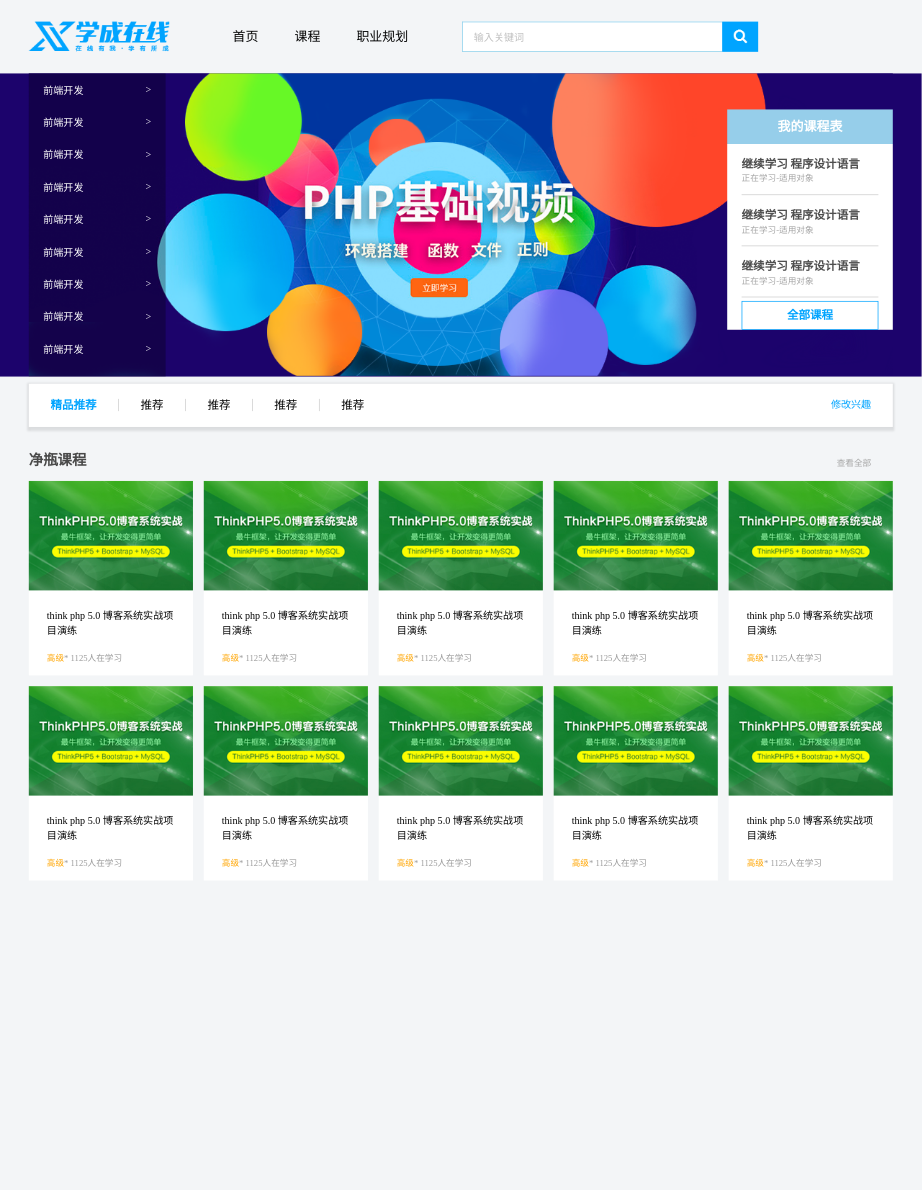
Repository: R1Deemo/Web-Project
Page: index..html
An editor plug-in stored every save of this project. The page is shown before and after the next save, followed by the edit.
The browser window is 1280 px wide. The pictures show the whole page, at 72% of full size.

Above is the page before, as saved 2022-03-09 20:00:54.

After the next save:
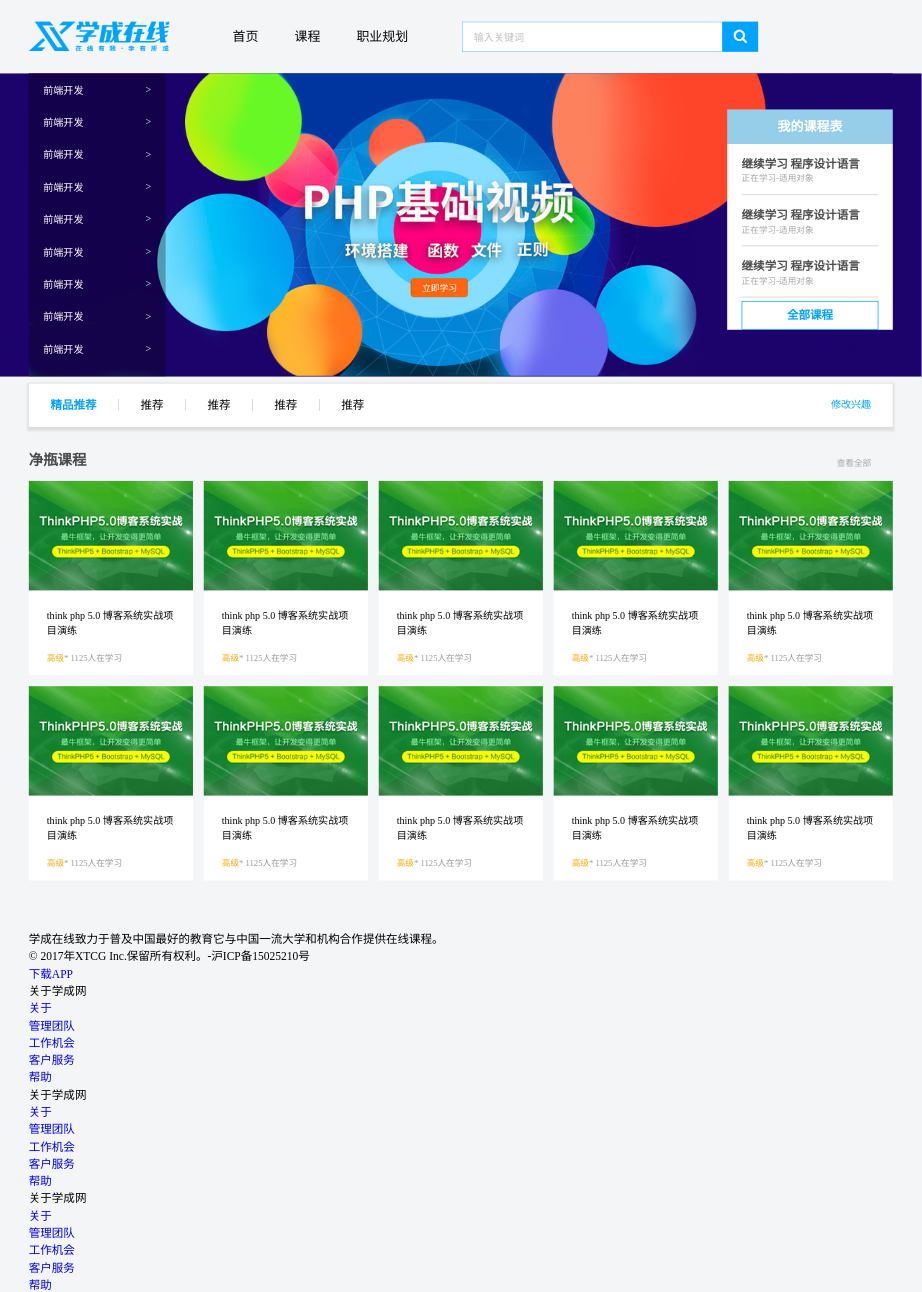
Not found: images/logo.png
Saved 7 min 21 s later.
--- a/index..html
+++ b/index..html
@@ -149,8 +149,39 @@
     </div>
     <!-- footer模块 -->
     <div class="footer">
-
-    </div>
+        <div class="w">
+            <div class="copyright">
+                <img src="images/logo.png" alt="">
+                <p>学成在线致力于普及中国最好的教育它与中国一流大学和机构合作提供在线课程。<br> © 2017年XTCG Inc.保留所有权利。-沪ICP备15025210号</p>
+                <a href="#" class="app">下载APP</a>
+            </div>
+            <div class="links">
+                <dl>
+                    <dt>关于学成网</dt>
+                    <dd><a href="#">关于</a></dd>
+                    <dd><a href="#">管理团队</a></dd>
+                    <dd><a href="#">工作机会</a></dd>
+                    <dd><a href="#">客户服务</a></dd>
+                    <dd><a href="#">帮助</a></dd>
+                </dl>
+                <dl>
+                    <dt>关于学成网</dt>
+                    <dd><a href="#">关于</a></dd>
+                    <dd><a href="#">管理团队</a></dd>
+                    <dd><a href="#">工作机会</a></dd>
+                    <dd><a href="#">客户服务</a></dd>
+                    <dd><a href="#">帮助</a></dd>
+                </dl>
+                <dl>
+                    <dt>关于学成网</dt>
+                    <dd><a href="#">关于</a></dd>
+                    <dd><a href="#">管理团队</a></dd>
+                    <dd><a href="#">工作机会</a></dd>
+                    <dd><a href="#">客户服务</a></dd>
+                    <dd><a href="#">帮助</a></dd>
+                </dl>
+            </div>
+        </div>
 
 
 

After the save that followed:
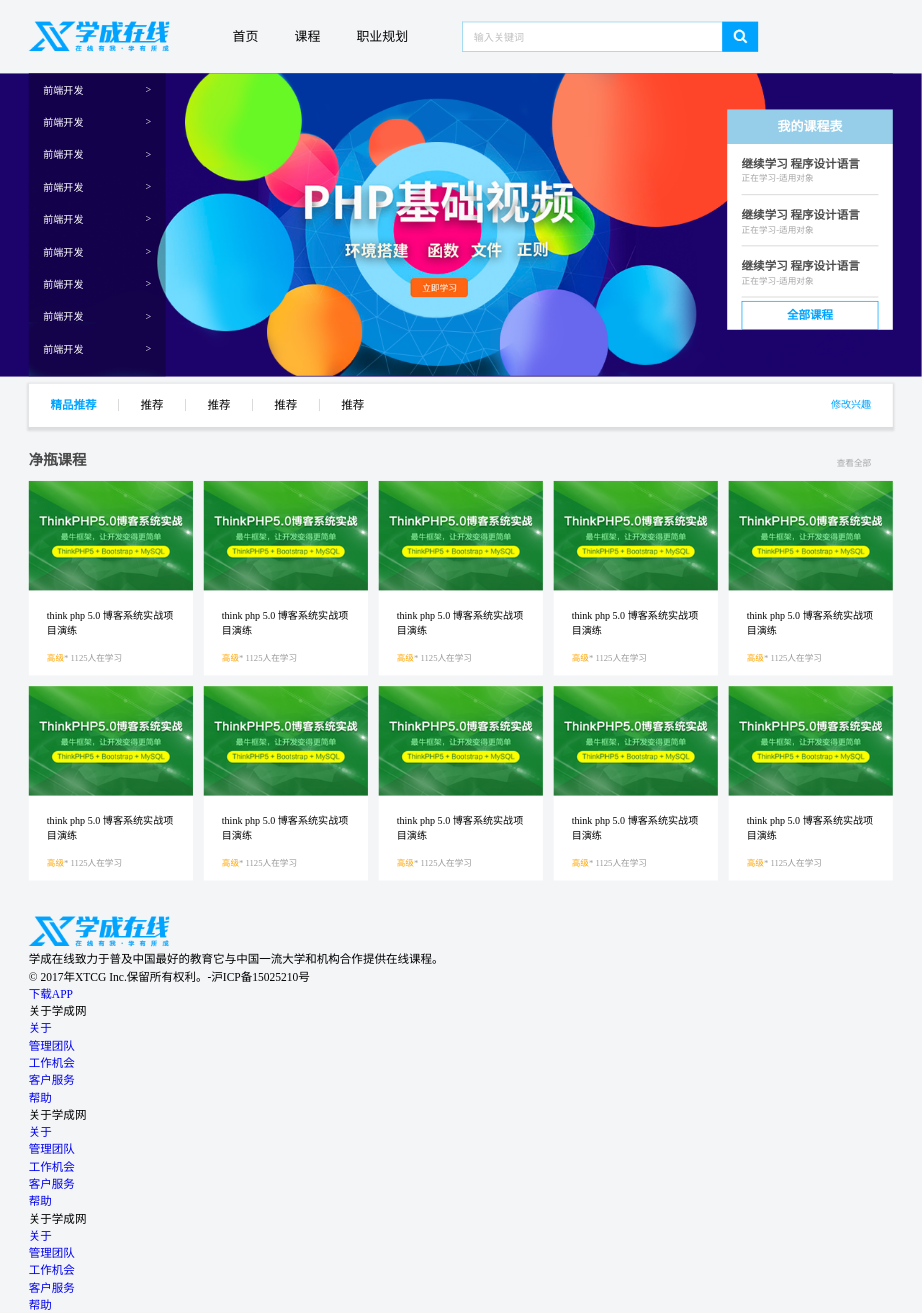
Saved 26 s later.
--- a/index..html
+++ b/index..html
@@ -151,7 +151,7 @@
     <div class="footer">
         <div class="w">
             <div class="copyright">
-                <img src="images/logo.png" alt="">
+                <img src="images/学成在线.png" alt="">
                 <p>学成在线致力于普及中国最好的教育它与中国一流大学和机构合作提供在线课程。<br> © 2017年XTCG Inc.保留所有权利。-沪ICP备15025210号</p>
                 <a href="#" class="app">下载APP</a>
             </div>
